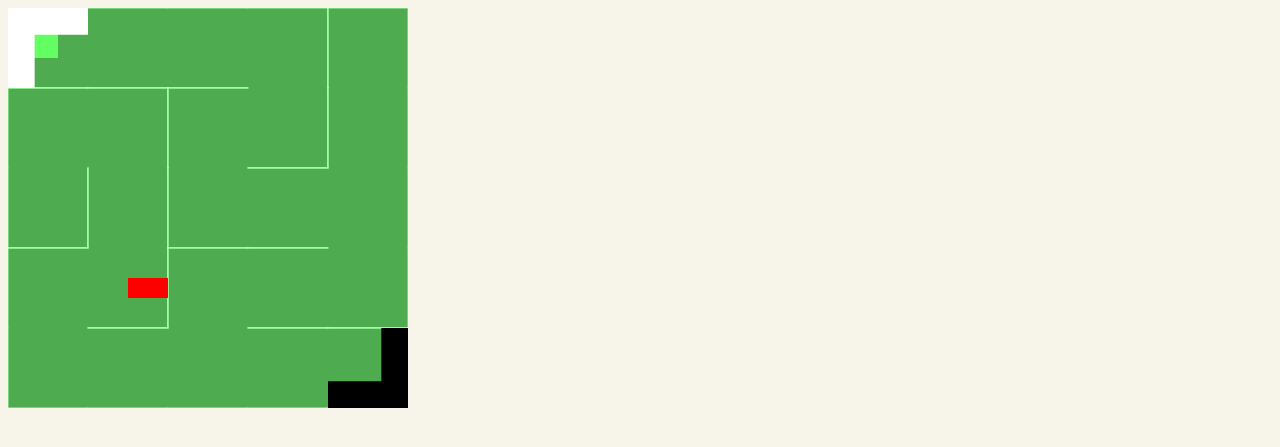
Repository: animarcus/maze-generator
Page: index.html
The author's editor kept a copy of each file at every save. The page is drawn from the files as they stood at one save, then again after the next save.
The browser window is 1280 px wide. The pictures show the whole page.
Some web libraries are served in a nearby version.

Above is the page before, as saved 2020-09-12 20:00:24.

### index.html
<!DOCTYPE html>
<html lang="en">
<head>
  <link rel="apple-touch-icon" sizes="180x180" href="/icons/apple-touch-icon.png">
  <link rel="icon" type="image/png" sizes="32x32" href="/icons/favicon-32x32.png">
  <link rel="icon" type="image/png" sizes="16x16" href="/icons/favicon-16x16.png">
  <link rel="manifest" href="/icons/site.webmanifest">
  <link rel="mask-icon" href="/icons/safari-pinned-tab.svg" color="#5bbad5">
  <link rel="shortcut icon" href="/icons/favicon.ico">
  <meta name="msapplication-TileColor" content="#da532c">
  <meta name="msapplication-config" content="/icons/browserconfig.xml">
  <meta name="theme-color" content="#ffffff">

  <script type="text/javascript" src="https://cdn.jsdelivr.net/npm/p5@1.1.4/lib/p5.min.js"></script>
  <script src="js/cell.js"></script>
  <script src="js/sketch.js"></script>
  <script src="js/solver.js"></script>


  <link rel="stylesheet" href="css/style.css">
  <meta charset="UTF-8">
  <meta name="viewport" content="width=device-width, initial-scale=1.0, maximum-scale=1.0, user-scalable=0">
  <title>Maze Generator</title>
</head>
<body>
</body>
</html>

### js/cell.js
class Cell {
  constructor(i, j) {
    this.i = i;
    this.j = j;
    this.walls = [true,true,true,true];
    this.visited = false;
  }
  checkNeighbors() {
    let neighbors = [];
    // console.log(index(i+1  , j   ));
    let top     = grid[index(this.i    , this.j-1 )];
    let right   = grid[index(this.i+1  , this.j   )];
    let bottom  = grid[index(this.i    , this.j +1)];
    let left    = grid[index(this.i-1  , this.j   )];
    if (top && !top.visited) {
      neighbors.push(top);
    }
    if (right && !right.visited) {
      neighbors.push(right);
    }
    if (bottom && !bottom.visited) {
      neighbors.push(bottom);
    }
    if (left && !left.visited) {
      neighbors.push(left);
    }
    if (neighbors.length > 0) {
      let r = floor(Math.random() * neighbors.length);
      return neighbors[r];
    } else {
      return undefined;
    }
  }
  highlight() {
    let x = this.i * w;
    let y = this.j * w;
    fill(150, 0, 0, 255);
    noStroke();
    rect(x, y, w, w);
  }
  show() {
    let x = this.i*w;
    let y = this.j*w;
    stroke(255);
    if (this.walls[0]) {
      line(x,y,x+w,y);
    }
    if (this.walls[1]) {
      line(x+w,y,x+w,y+w);
    }
    if (this.walls[2]) {
      line(x+w,y+w,x,y+w);
    }
    if (this.walls[3]) {
      line(x,y+w,x,y);
    }
    if (this.visited) {
      noStroke();
      fill(100, 255, 100, 150);
      rect(x, y, w, w);
    }
  }
}

### js/sketch.js



let cols, rows;
let w = 80;
let grid = [];
let current;
let stack = [new Cell(0, 0)];

let generated;
let solveOK;

let exitPoint;

let solvedPath = [];

function setup() {
  createCanvas(400,400);
  cols = floor(width/w);
  rows = floor(width/w);
  console.log(rows, cols);
  exitPoint = [rows-1,cols-1];

  // frameRate(7);

  generated = false;
  solveOK = false;

  for (let j = 0; j < rows; j++) {
    for (let i = 0; i < cols; i++) {
      let cell = new Cell(i,j);
      grid.push(cell);
    }
  }
  current = grid[0];
}

function draw() {
  background(51);
  for (let i = 0; i < grid.length; i++) {
    grid[i].show();
  }
  solvedPath.forEach(maze.drawSolvedPath);

  if (!generated) {
    maze.generateMaze();
  } else if (solveOK) {
    if (solver.i === exitPoint[0] && solver.j === exitPoint[1]) {
      solver.i = 0;
      solver.j = 0;
    } else {
      maze.solveMaze();
    }
  }
}


let maze = {
  generateMaze : function() {
    current.visited = true;
    current.highlight();
    let next = current.checkNeighbors();
    // console.log(stack);
    if (next) {
      next.visited = true;
      //step 2
      stack.push(next);
      //step 3
      removeWalls(current, next);
      //step 4
      current = next;
    } else if (stack.length > 0) {
      current = stack.pop();
      if (stack.length == 0) {
        frameRate(3);
        solver = new Solver(2, 2);
        generated = true;

        solveOK = true;
      }
    }
  },
  solveMaze : function() {
    // grid[0].highlight();
    noStroke();
    fill(color("white"));
    rect(grid[0].i, grid[0].j, w/3, w);
    rect(grid[0].i, grid[0].j, w, w/3);
    fill(color("black"));
    rect(grid[grid.length-1].i*w + w, grid[grid.length-1].j*w + w, -w/3, -w);
    rect(grid[grid.length-1].i*w + w, grid[grid.length-1].j*w + w, -w, -w/3);

    fill(color("red"));
    // rect(solver.i+w/10,solver.j+w/10,w-w/5,w-w/5);
    solver.draw();
    solver.move();
  },
  drawSolvedPath : function(coords, index) {
    rect(0, 0, 50,50)
    let i = coords[0];
    let j = coords[1];
    console.log(" ");
    console.log(i, j);
    // fill(color("red"));
    rect(i, j, 50,50);
  }
};


function index(i, j) {
  if (i < 0 || j < 0 || i > cols-1 || j > rows-1) {
    return -1;
  }
  return i + j * cols;
}


function removeWalls(a, b) {
  let x = a.i - b.i;
  if (x === 1) {
    a.walls[3] = false;
    b.walls[1] = false;
  } else if (x == -1) {
    a.walls[1] = false;
    b.walls[3] = false;
  }

  let y = a.j - b.j;
  if (y === 1) {
    a.walls[0] = false;
    b.walls[2] = false;
  } else if (y === -1) {
    a.walls[2] = false;
    b.walls[0] = false;
  }

}

### js/solver.js
let facing;
class Solver {
  constructor(x, y) {
    this.i = x;
    this.j = y;
    this.direction = 1; // up-right-down-left
  }
  draw() {
    this.current = grid[index(this.i, this.j)];

    fill(color("red"));
    // this.direction = Math.abs(this.direction);
    let x = this.i*w;
    let y = this.j*w;
    if (this.direction % 4 === 0) {
      this.facing = grid[index(this.i, this.j-1)];
      rect(x + w/2-w/8, y + w/2, w/4, -w/2);
    } else if (this.direction % 4 === 1) {
      rect(x + w/2, y + w/2-w/8, w/2, w/4);
      this.facing = grid[index(this.i+1, this.j)];
    } else if (this.direction % 4 === 2) {
      rect(x + w/2-w/8, y + w/2, w/4, w/2);
      this.facing = grid[index(this.i, this.j+1)];
    } else if (this.direction % 4 === 3) {
      rect(x + w/2, y + w/2-w/8, -w/2, w/4);
      this.facing = grid[index(this.i-1, this.j)];
    }
  }
  move() {
    solvedPath.push({"i" : this.i*w, "j" : this.j*w});
    // console.log(" ");
    if (this.current.walls[solveDirection(this.direction)] ||
        (this.facing.i === undefined || this.facing.j === undefined)) {//iswallfront
      // console.log("wall in front"); // wall in front

      if (this.current.walls[solveDirection(this.direction + 1)]) {//iswallright
        // console.log("wall on right", solveDirection(this.direction -1)); // wall on right
        if (this.current.walls[solveDirection(this.direction - 1)]) { //iswallleft
          // console.log("wall on left");
          this.direction += 1;//turn right
        } else {
          this.direction -= 1;//turn left
        }

      } else { //turn right
        this.direction += 1;
      }
    } else {//nowallfront
      this.i = this.facing.i;
      this.j = this.facing.j;
      this.current = grid[index(this.i, this.j)];
      if (!this.current.walls[solveDirection(this.direction + 1)]) {
        this.direction += 1;
      }
    }
    // up wall check : this.current.walls[0] && this.facing.walls[2]
    // right wall check : this.current.walls[1] && this.facing.walls[3]
    // down wall check : this.current.walls[2] && this.facing.walls[0]
    // left wall check : this.current.walls[3] && this.facing.walls[1]
  }
}


function solveDirection(dir) {
  if (dir < 0) {
    dir += 4;
  }
  if (dir % 4 === 0) {
    dir = 0;
  } else if (dir % 4 === 1) {
    dir = 1;
  } else if (dir % 4 === 2) {
    dir = 2;
  } else if (dir % 4 === 3) {
    dir = 3;
  }
  return dir;
}

### css/style.css
* {
  cursor: default;
  /* -webkit-touch-callout: none;
  -webkit-user-select: none;
  -khtml-user-select: none;
  -moz-user-select: none;
  -ms-user-select: none;
  user-select: none; */
}
body {
  background: #f7f4ea;
  height: 100%;
  overflow-y: hidden;
  overflow-x: hidden;
  /* border-radius: 50%; */
}

/* p {
  position: absolute;
  top:50%;
  left:50%;
  transform: translate(-50%,-50%);
} */

After the next save:
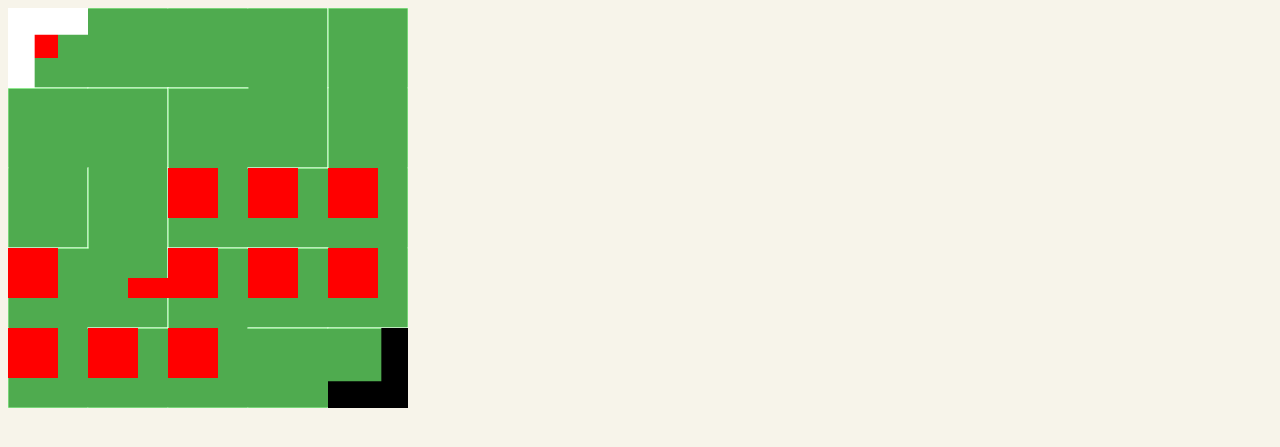
Saved 15 s later.
--- a/js/sketch.js
+++ b/js/sketch.js
@@ -97,11 +97,11 @@ let maze = {
   },
   drawSolvedPath : function(coords, index) {
     rect(0, 0, 50,50)
-    let i = coords[0];
-    let j = coords[1];
+    let i = coords.i;
+    let j = coords.j;
     console.log(" ");
     console.log(i, j);
-    // fill(color("red"));
+    fill(color("red"));
     rect(i, j, 50,50);
   }
 };
